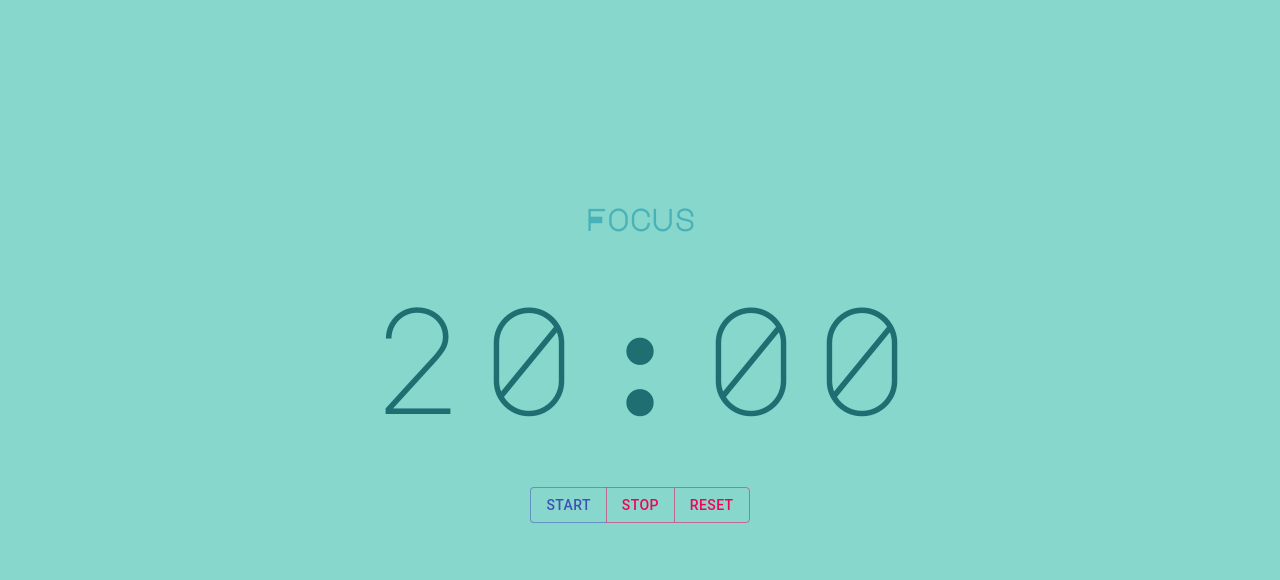
Repository: realistmccoy/pomodoro
Page: /
An editor plug-in stored every save of this project. The page is shown before and after the next save, followed by the edit.
The browser window is 1280 px wide. The pictures show the whole page.
The project was rebuilt for these pictures with package versions that can differ from the ones it lists, and the page was loaded fresh each time.

Above is the page before, as saved 2020-12-10 00:49:56.

After the next save:
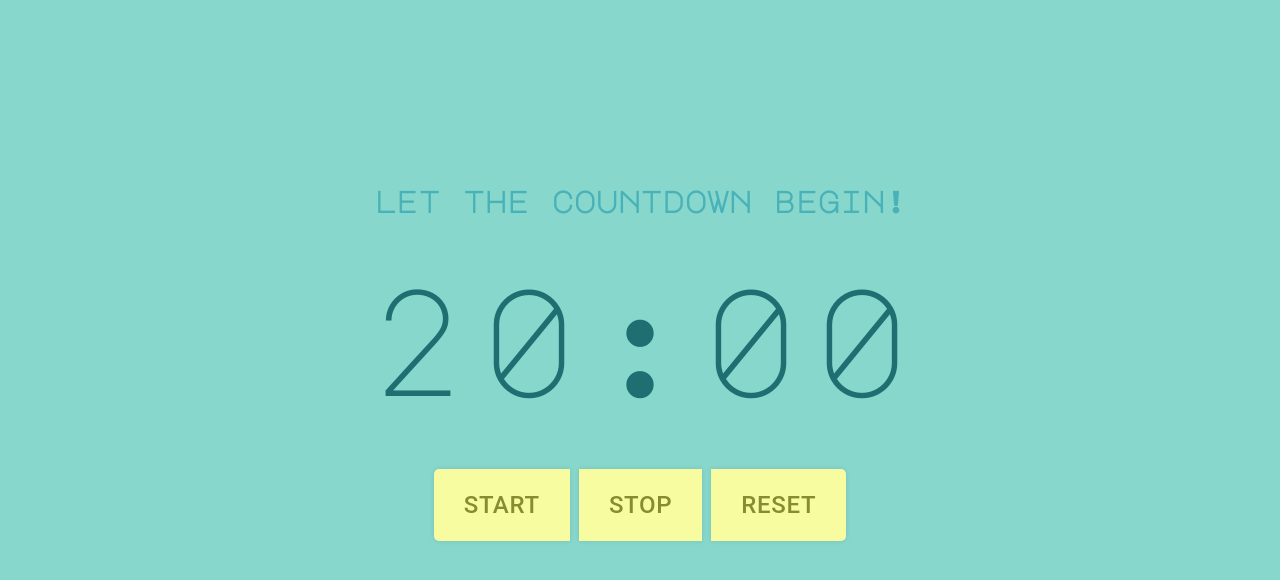
Saved 11 s later.
--- a/src/App.js
+++ b/src/App.js
@@ -1,18 +1,17 @@
 import React, { useState, useRef } from 'react';
 import './App.css';
-import { Button, ButtonGroup } from '@material-ui/core';
+import { Button , ButtonGroup} from '@material-ui/core';
 
 function padTime(time) {
 	return time.toString().padStart(2, '0');
 }
 
 export default function App() {
-	const [title, setTitle] = useState('Focus');
+	const [title, setTitle] = useState('let the countdown begin!');
 	const [timeLeft, setTimeLeft] = useState(20 * 60);
 	const intervalRef = useRef(null);
 
 	function startTimer() {
-		setTitle(`You're doing great!`)
 		intervalRef.current = setInterval(() => {
 			setTimeLeft((timeLeft) => {
 				if (timeLeft >= 1) return timeLeft - 1;
@@ -40,16 +39,13 @@ export default function App() {
 				<span>{seconds}</span>
 			</div>
 
-			<div>
-				<ButtonGroup
-					color='secondary'
-					aria-label='outlined secondary button group'
-				>
-					<Button color='primary' onClick={startTimer}>
-						Start
-					</Button>
-					<Button onClick={stopTimer}>Stop</Button>
-					<Button>Reset</Button>
+			<div className='buttons'>
+				<ButtonGroup color="secondary" aria-label="outlined secondary button group">
+				<Button color='primary' onClick={startTimer}>
+					Start
+				</Button>
+				<Button onClick={stopTimer}>Stop</Button>
+				<Button>Reset</Button>
 				</ButtonGroup>
 			</div>
 		</div>
